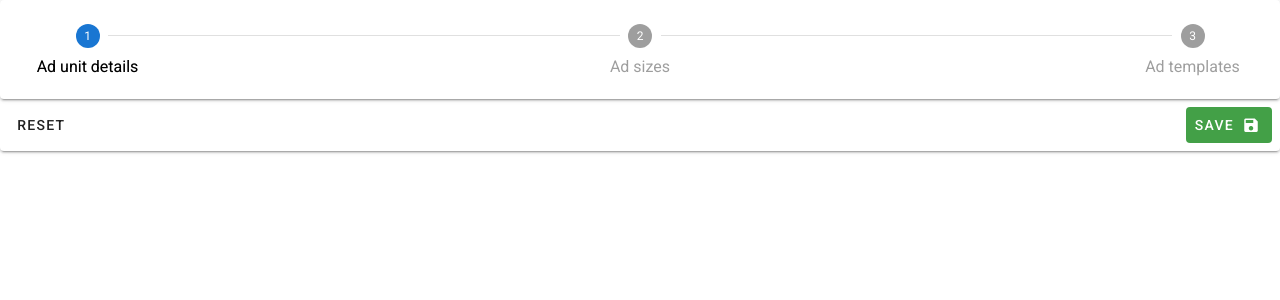
Repository: SidneyHodieb/myc
Page: /addsource
An editor plug-in stored every save of this project. The page is shown before and after the next save, followed by the edit.
The browser window is 1280 px wide. The pictures show the whole page.
The project was rebuilt for these pictures with package versions that can differ from the ones it lists, and the page was loaded fresh each time. Also part of the build but not shown: vue.config.js, src/views/Home.vue, src/views/addSource/components/format.vue, src/views/addSource/components/card.vue, src/views/addSource/components/trigger.vue.

Above is the page before, as saved 2021-04-03 17:58:45.

After the next save:
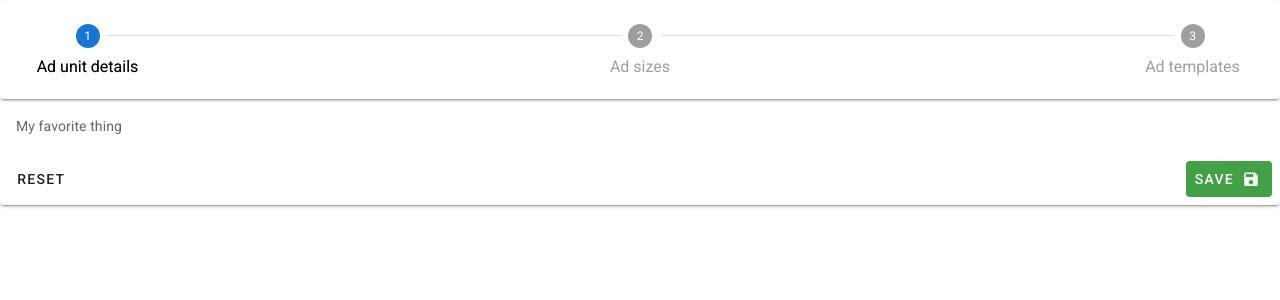
Saved 17 min 29 s later.
--- a/src/views/addSource/column.vue
+++ b/src/views/addSource/column.vue
@@ -22,6 +22,7 @@
         </v-stepper>
 
         <!-- Content -->
+        <v-card-text>My favorite thing</v-card-text>
         <router-view></router-view>
         <!--Footer  -->
 
